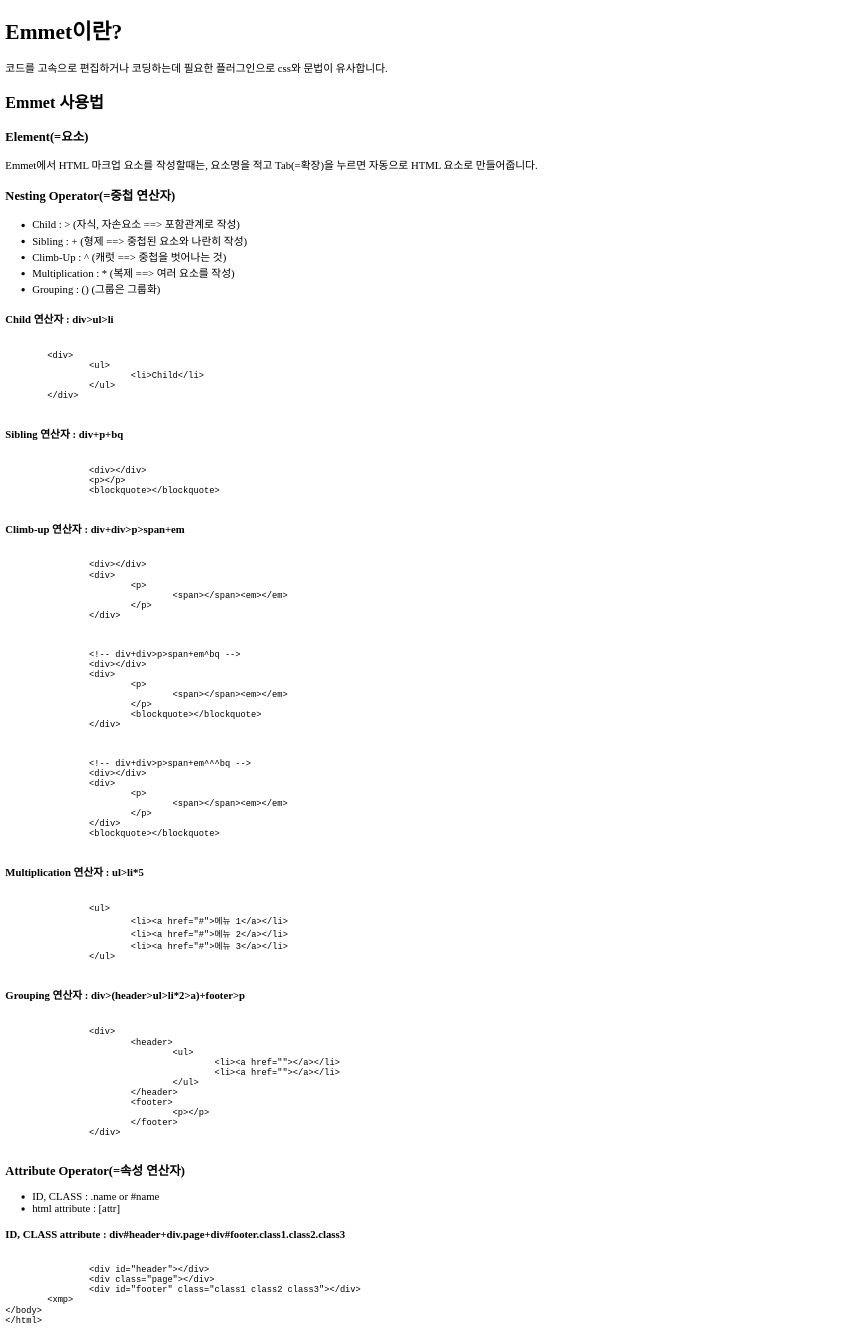
Repository: kvmhyvmvn/Study_WebUI
Page: WorkSpace/CloneCoding1/src/main/webapp/index.html
An editor plug-in stored every save of this project. The page is shown before and after the next save, followed by the edit.
The browser window is 1280 px wide. The pictures show the whole page, at 67% of full size.

Above is the page before, as saved 2023-05-30 07:35:18.

After the next save:
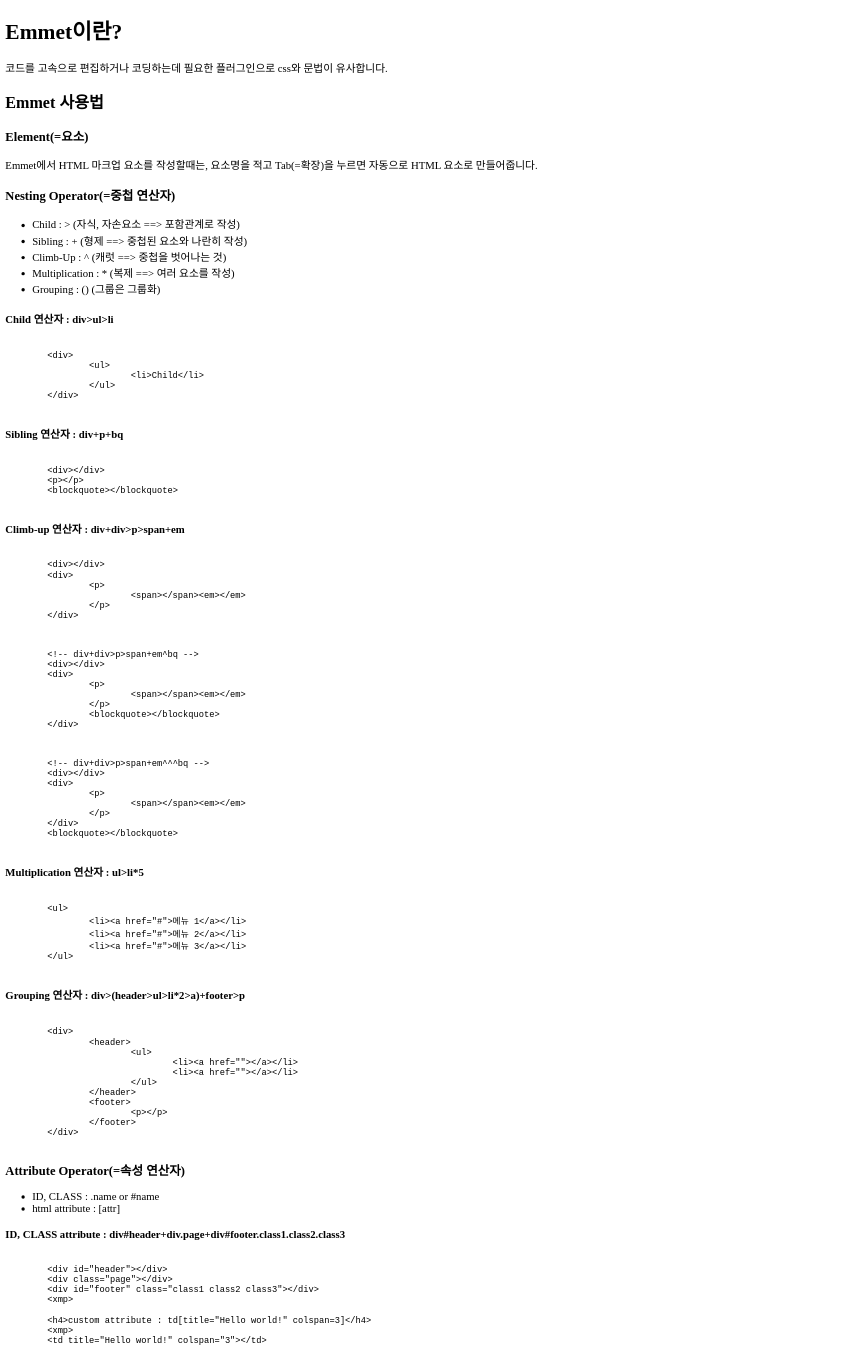
Saved 101 s later.
--- a/WorkSpace/CloneCoding1/src/main/webapp/index.html
+++ b/WorkSpace/CloneCoding1/src/main/webapp/index.html
@@ -34,65 +34,65 @@
 
 	<h4>Sibling 연산자 : div+p+bq</h4>
 	<xmp>
-		<div></div>
-		<p></p>
-		<blockquote></blockquote>
+	<div></div>
+	<p></p>
+	<blockquote></blockquote>
 	</xmp>
 
 	<h4>Climb-up 연산자 : div+div>p>span+em</h4>
 	<xmp>
-		<div></div>
-		<div>
-			<p>
-				<span></span><em></em>
-			</p>
-		</div>
+	<div></div>
+	<div>
+		<p>
+			<span></span><em></em>
+		</p>
+	</div>
 	</xmp>
 
 	<xmp>
-		<!-- div+div>p>span+em^bq -->
-		<div></div>
-		<div>
-			<p>
-				<span></span><em></em>
-			</p>
-			<blockquote></blockquote>
-		</div>
+	<!-- div+div>p>span+em^bq -->
+	<div></div>
+	<div>
+		<p>
+			<span></span><em></em>
+		</p>
+		<blockquote></blockquote>
+	</div>
 	</xmp>
 
 	<xmp>
-		<!-- div+div>p>span+em^^^bq -->
-		<div></div>
-		<div>
-			<p>
-				<span></span><em></em>
-			</p>
-		</div>
-		<blockquote></blockquote>
+	<!-- div+div>p>span+em^^^bq -->
+	<div></div>
+	<div>
+		<p>
+			<span></span><em></em>
+		</p>
+	</div>
+	<blockquote></blockquote>
 	</xmp>
 
 	<h4>Multiplication 연산자 : ul>li*5</h4>
 	<xmp>
-		<ul>
-			<li><a href="#">메뉴 1</a></li>
-			<li><a href="#">메뉴 2</a></li>
-			<li><a href="#">메뉴 3</a></li>
-		</ul>
+	<ul>
+		<li><a href="#">메뉴 1</a></li>
+		<li><a href="#">메뉴 2</a></li>
+		<li><a href="#">메뉴 3</a></li>
+	</ul>
 	</xmp>
 
 	<h4>Grouping 연산자 : div>(header>ul>li*2>a)+footer>p</h4>
 	<xmp>
-		<div>
-			<header>
-				<ul>
-					<li><a href=""></a></li>
-					<li><a href=""></a></li>
-				</ul>
-			</header>
-			<footer>
-				<p></p>
-			</footer>
-		</div>
+	<div>
+		<header>
+			<ul>
+				<li><a href=""></a></li>
+				<li><a href=""></a></li>
+			</ul>
+		</header>
+		<footer>
+			<p></p>
+		</footer>
+	</div>
 	</xmp>
 
 	<h3>Attribute Operator(=속성 연산자)</h3>
@@ -103,9 +103,18 @@
 
 	<h4>ID, CLASS attribute : div#header+div.page+div#footer.class1.class2.class3</h4>
 	<xmp>
-		<div id="header"></div>
-		<div class="page"></div>
-		<div id="footer" class="class1 class2 class3"></div>
+	<div id="header"></div>
+	<div class="page"></div>
+	<div id="footer" class="class1 class2 class3"></div>
 	<xmp>
+
+	<h4>custom attribute : td[title="Hello world!" colspan=3]</h4>
+	<xmp>
+	<td title="Hello world!" colspan="3"></td>
+	</xmp>
+
+
+
+
 </body>
 </html>
